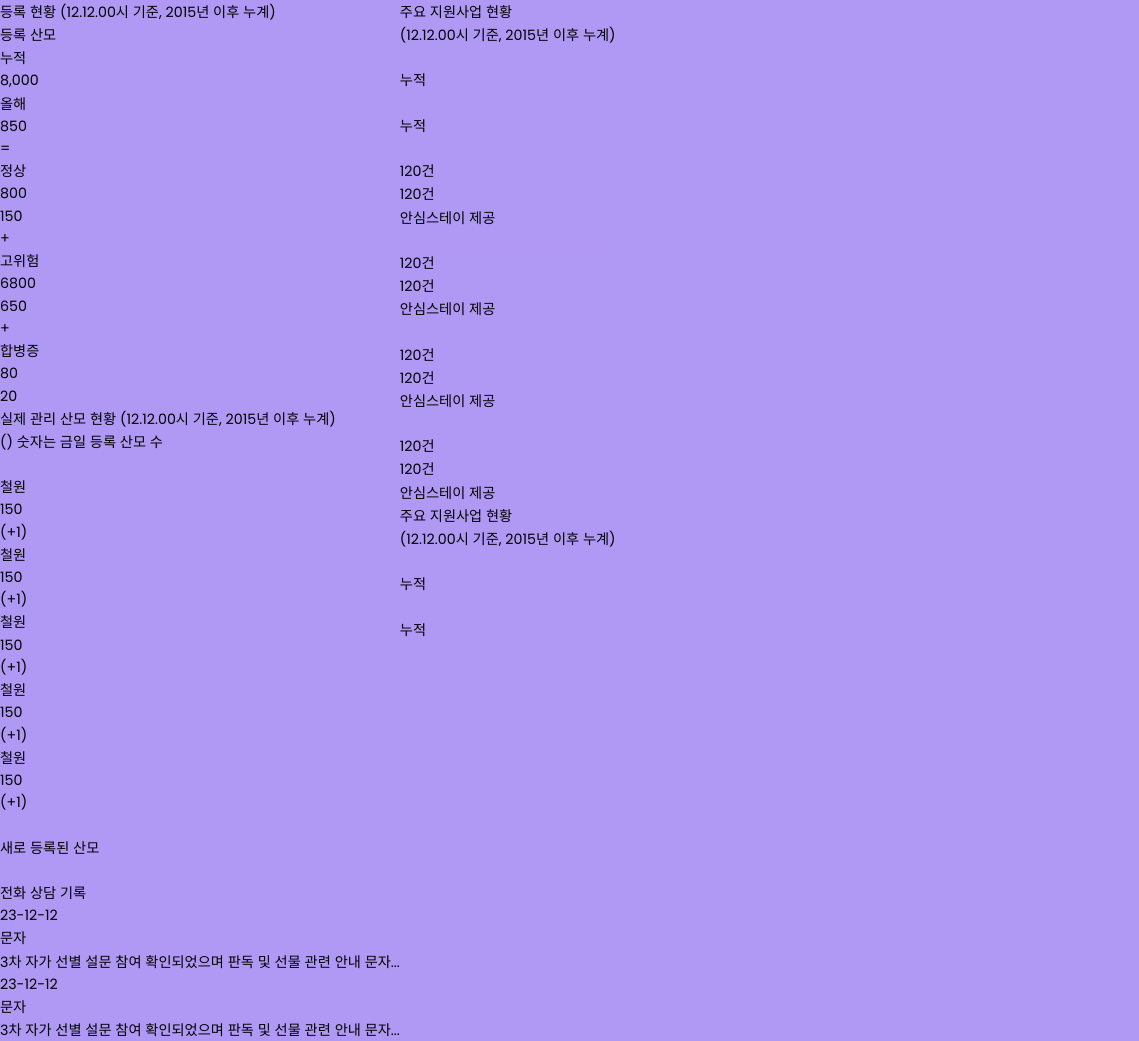
Repository: giapchicuong/Perganancy_Web
Page: index.html
An editor plug-in stored every save of this project. The page is shown before and after the next save, followed by the edit.
The browser window is 1280 px wide. The pictures show the whole page, at 89% of full size.

Above is the page before, as saved 2024-03-06 11:52:43.

After the next save:
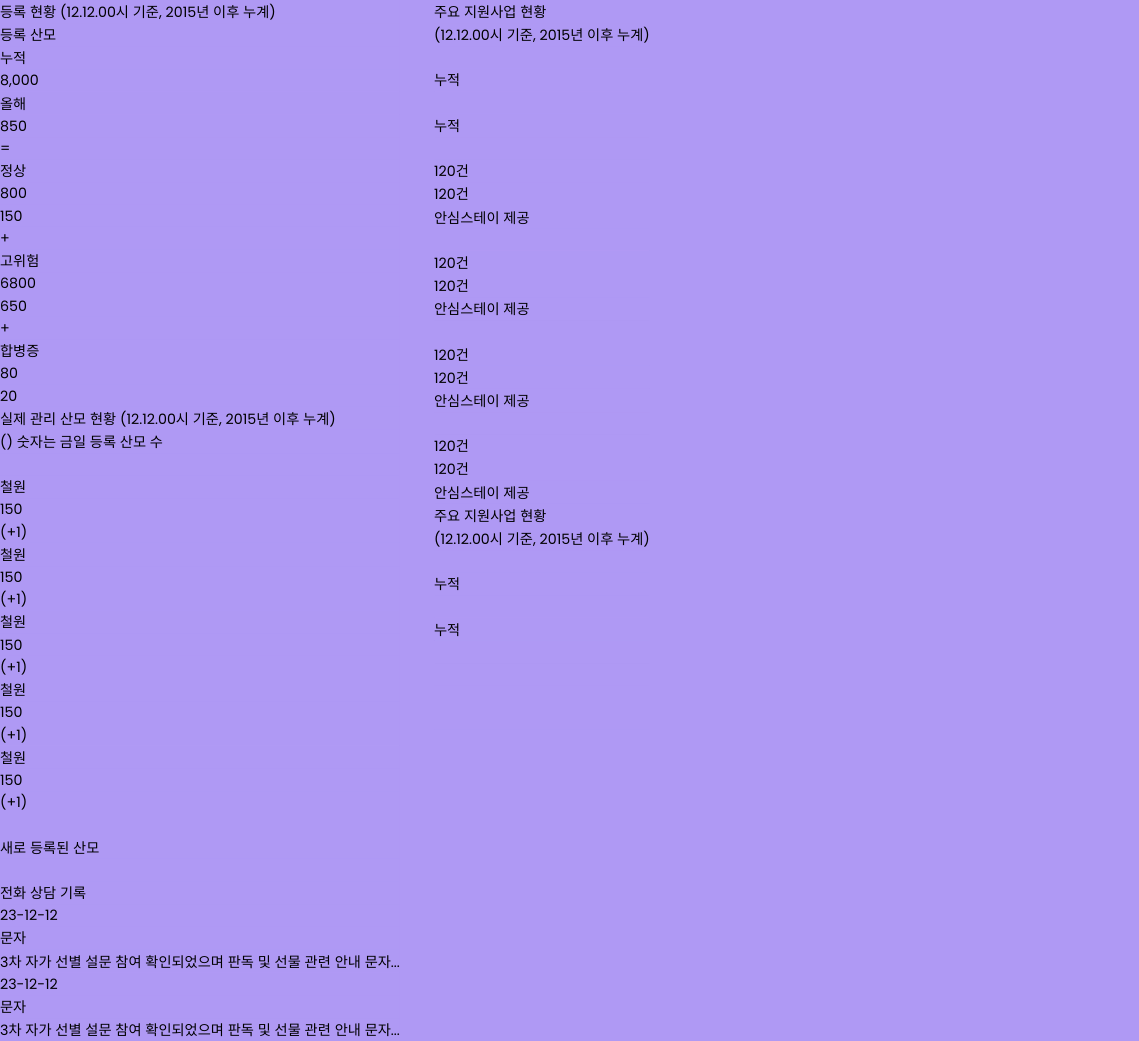
Saved 3 min 44 s later.
--- a/assets/style.css
+++ b/assets/style.css
@@ -1,6 +1,6 @@
 .advertising {
     display: flex;
-    gap:
+    gap: 3%;
 }
 .advertising-left {
 
